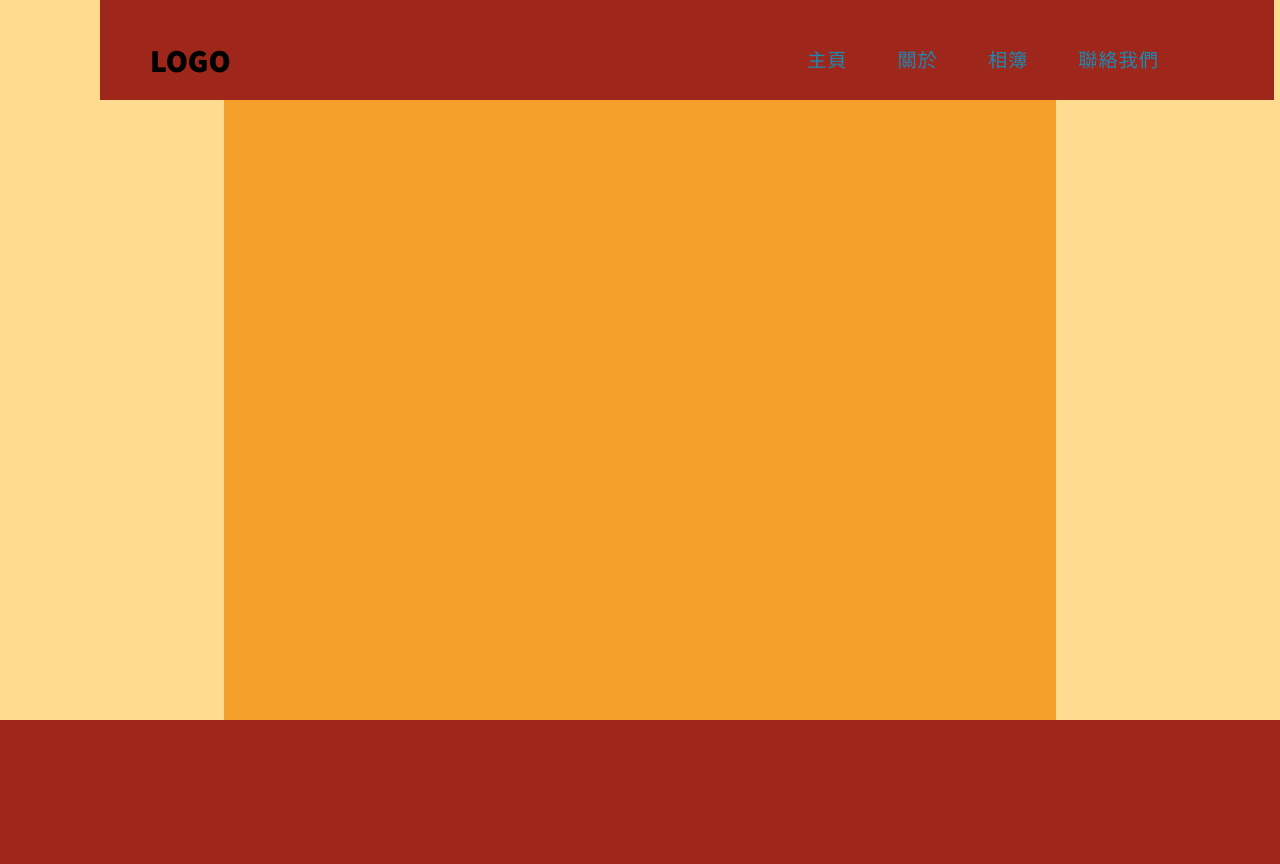
Repository: KevinYu0515/guanghui-food-website
Page: /
These files come from the project's save history. The page is drawn as it stood at one moment and after a run of saves; the edit follows.
The browser window is 1280 px wide. The pictures show the whole page.
The project was rebuilt for these pictures with package versions that can differ from the ones it lists, and the page was loaded fresh each time. Also part of the build but not shown: vue.config.js.

Above is the page before, as saved 2022-03-17 14:47:59.

After the next 3 saves:
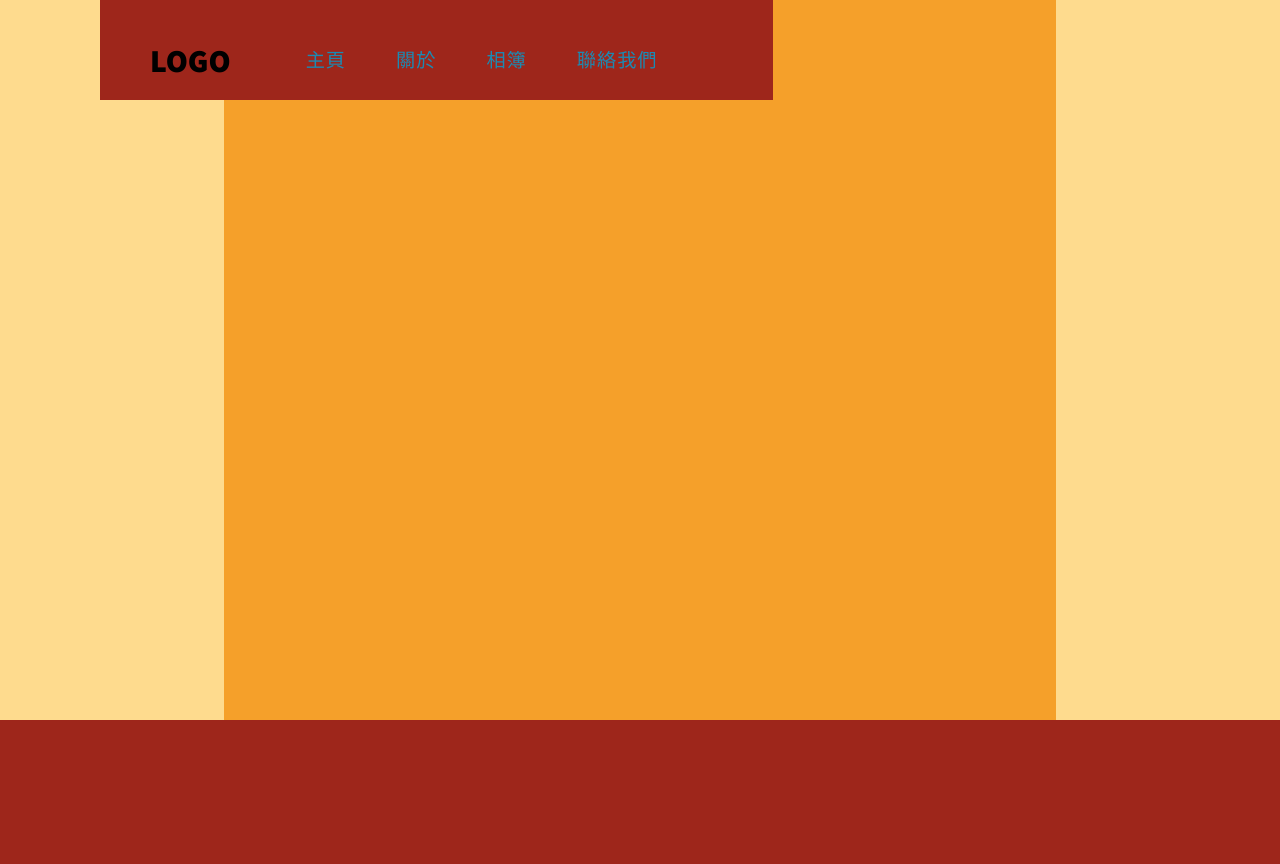
The 3 saves are shown as one change because they came seconds apart.
The last was saved 68 s later.
--- a/src/assets/scss/navbar.scss
+++ b/src/assets/scss/navbar.scss
@@ -3,7 +3,7 @@
     position: fixed;
     top: 0;
     left: 100px;
-    width:80%;
+    width:100;
     height: 80px;
     padding: 20px 100px 0px 50px;
     display: flex;
